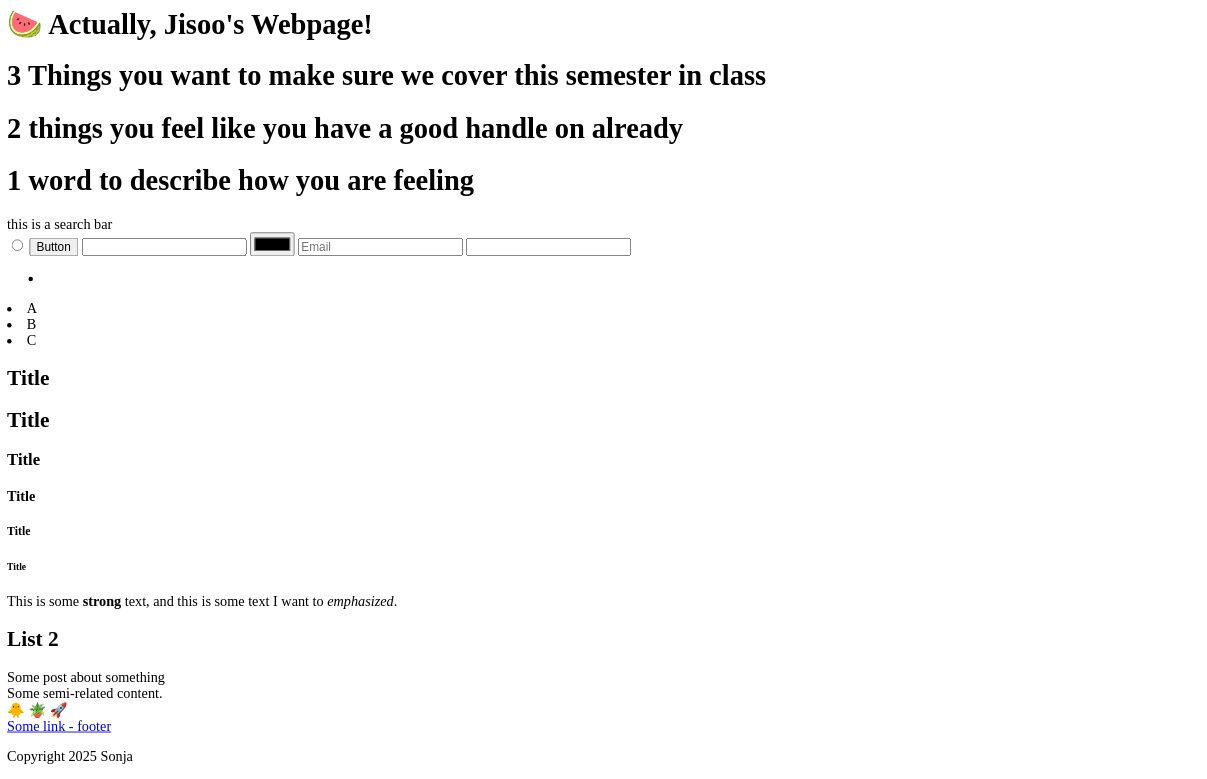
Repository: j1s00jang/MDIA-2109
Page: index.html
The author's editor kept a copy of each file at every save. The page is drawn from the files as they stood at one save, then again after the next save.
The browser window is 1280 px wide. The page is 1280 px wide, then 1356 px, so the pictures cover 1356 px, including what lies to the right of the window. The pictures show the whole page, at 89% of full size.

Above is the page before, as saved 2025-02-24 11:46:43.

### index.html
<html>
    <head>
        <!-- Metadata belongs in the head of your document -->
         <title>🥐 Sonja's Webpage!</title>
         <meta charset="UTF-8" />
    </head>
    <body>
        <main>
            <header tabindex="1">
                <h1>🍉 Actually, Jisoo's Webpage!</h1>
                <h1>3 Things you want to make sure we cover this semester in class</h1>
                <h1>2 things you feel like you have a good handle on already</h1>
                <h1>1 word to describe how you are feeling</h1>
                <search>
                    this is a search bar
                    <form>
                        <input type="radio" />
                        <input type="button" value="Button" />
                        <input type="data" />
                        <input type="color" />
                        <input type="email" placeholder="Email" />
                        <input type="number" />
                    </form>
                </search>
            </header>
            <nav>
                <ul>
                    <li><a href="/"></a></li>
                </ul>
            </nav>
            <!-- ^^ This is prefered. Because Screen Reader reads how many items total-->

            <nav>
                <li>A</li>
                <li>B</li>
                <li>C</li>
            </nav>

            <section>
                <h1>Title</h1>
                <h2>Title</h2>
                <h3>Title</h3>
                <h4>Title</h4>
                <h5>Title</h5>
                <h6>Title</h6>

            </section>

            <div></div>
        <p>This is some <strong>strong</strong> text, and this is some text I want to <em>emphasized</em>.</p>
    <!-- If you set tabindex="1", screen reader will read it first-->

            <section>
                <h2>List 2</h2>
                <article>Some post about something</article>
            </section>

            <aside tabindex="10">
                Some semi-related content.
            </aside>

            <div class="css">
                <span class="css__spinner spin">🐥</span>
                <span class="css__spinner moreSpin">🪴</span>
                <span class="css__spinner mostSpin">🚀</span>
            </div>


            <footer>
                <a href="/">Some link - footer</a>
                <p>Copyright 2025 Sonja</p>
            </footer>
        </main>
    </body>
</html>

Loaded but not shown: css/styles.css (no stored copy; drawn as an empty file)

After the next save:
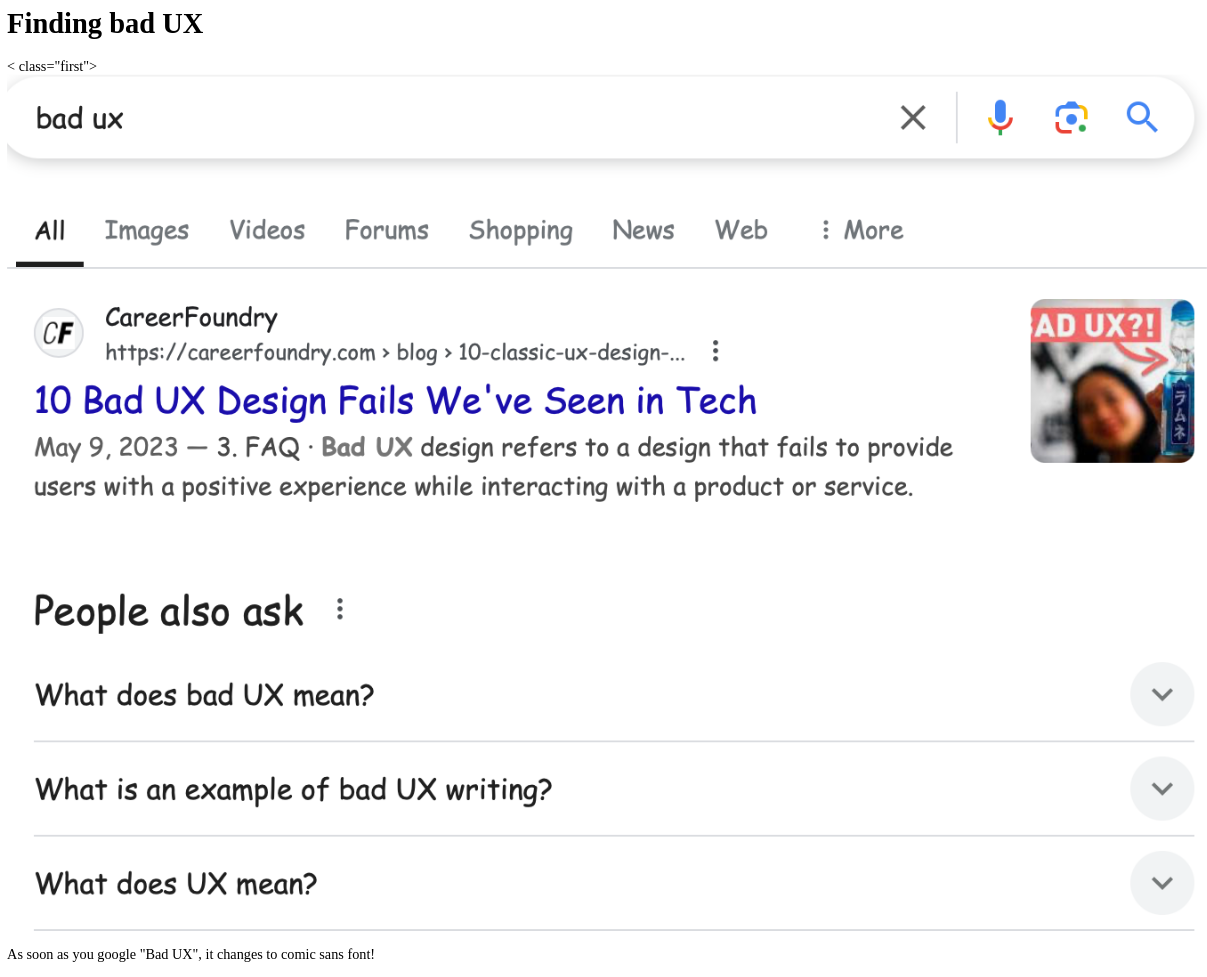
Saved 5 min 59 s later.
--- a/index.html
+++ b/index.html
@@ -1,75 +1,17 @@
 <html>
     <head>
         <!-- Metadata belongs in the head of your document -->
-         <title>🥐 Sonja's Webpage!</title>
+         <title>Jisoo's finding bad ux</title>
          <meta charset="UTF-8" />
+         <link rel="stylesheet" href="css/styles.css">
     </head>
     <body>
         <main>
-            <header tabindex="1">
-                <h1>🍉 Actually, Jisoo's Webpage!</h1>
-                <h1>3 Things you want to make sure we cover this semester in class</h1>
-                <h1>2 things you feel like you have a good handle on already</h1>
-                <h1>1 word to describe how you are feeling</h1>
-                <search>
-                    this is a search bar
-                    <form>
-                        <input type="radio" />
-                        <input type="button" value="Button" />
-                        <input type="data" />
-                        <input type="color" />
-                        <input type="email" placeholder="Email" />
-                        <input type="number" />
-                    </form>
-                </search>
-            </header>
-            <nav>
-                <ul>
-                    <li><a href="/"></a></li>
-                </ul>
-            </nav>
-            <!-- ^^ This is prefered. Because Screen Reader reads how many items total-->
+            <h1 class="title">Finding bad UX</h1>
 
-            <nav>
-                <li>A</li>
-                <li>B</li>
-                <li>C</li>
-            </nav>
-
-            <section>
-                <h1>Title</h1>
-                <h2>Title</h2>
-                <h3>Title</h3>
-                <h4>Title</h4>
-                <h5>Title</h5>
-                <h6>Title</h6>
-
-            </section>
-
-            <div></div>
-        <p>This is some <strong>strong</strong> text, and this is some text I want to <em>emphasized</em>.</p>
-    <!-- If you set tabindex="1", screen reader will read it first-->
-
-            <section>
-                <h2>List 2</h2>
-                <article>Some post about something</article>
-            </section>
-
-            <aside tabindex="10">
-                Some semi-related content.
-            </aside>
-
-            <div class="css">
-                <span class="css__spinner spin">🐥</span>
-                <span class="css__spinner moreSpin">🪴</span>
-                <span class="css__spinner mostSpin">🚀</span>
+            < class="first">
+                <img src="css/first.png" alt="google ux"><p>As soon as you google "Bad UX", it changes to comic sans font!</p>
             </div>
-
-
-            <footer>
-                <a href="/">Some link - footer</a>
-                <p>Copyright 2025 Sonja</p>
-            </footer>
         </main>
     </body>
 </html>
